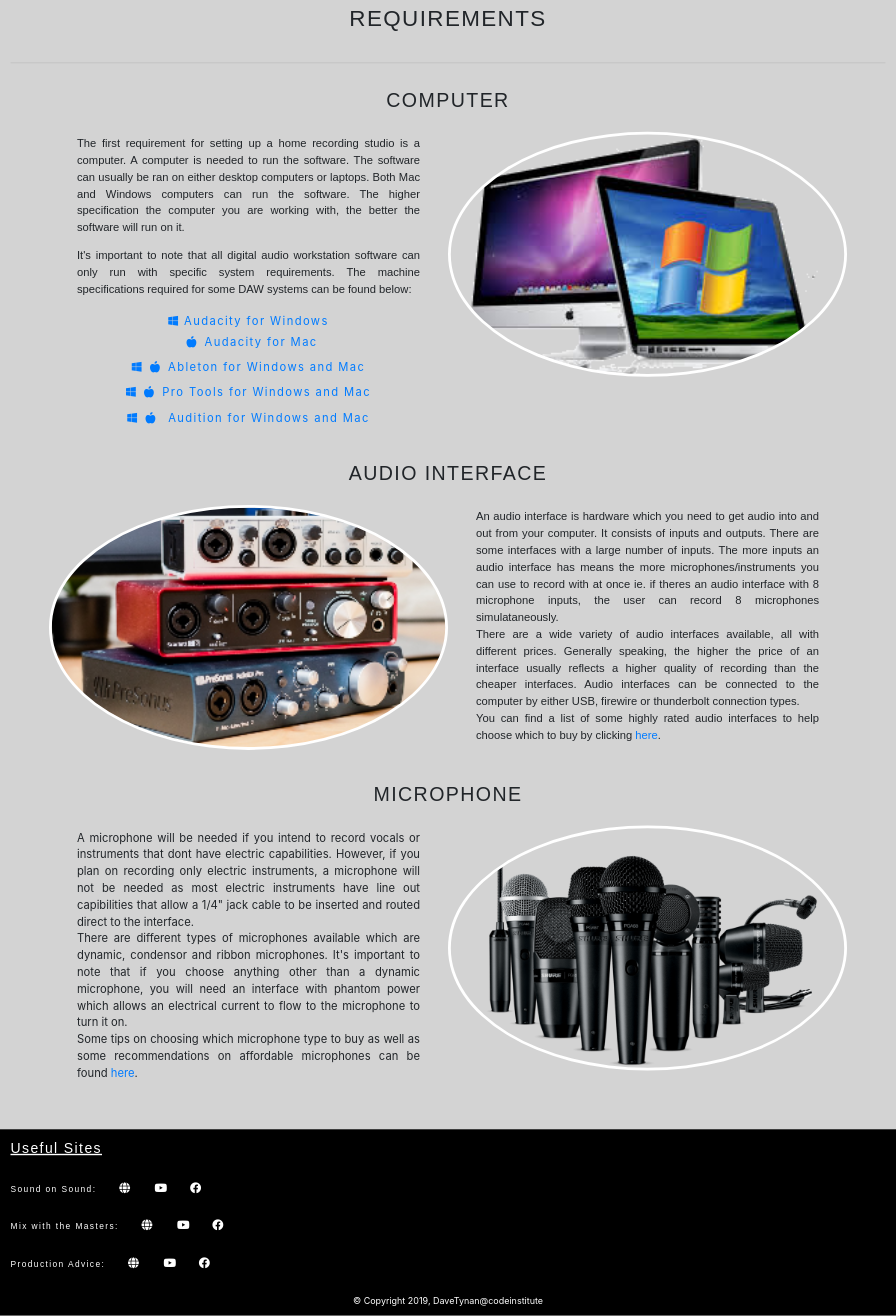
Repository: djjtyn/CIMilestoneProject1
Page: index.html
The author's editor kept a record of every edit. The page is drawn from the files as they stood at one moment, then again after the next edit.
The browser window is 1280 px wide. The pictures show the part of the page from y = 1325 to 3245 px (the page is 3205 px tall before and 3245 px after), at 70% of full size.
Some web libraries are served in a nearby version.

Above is the page before.
Console error (its wording comes from the project's code and is left out).

After the next edit:
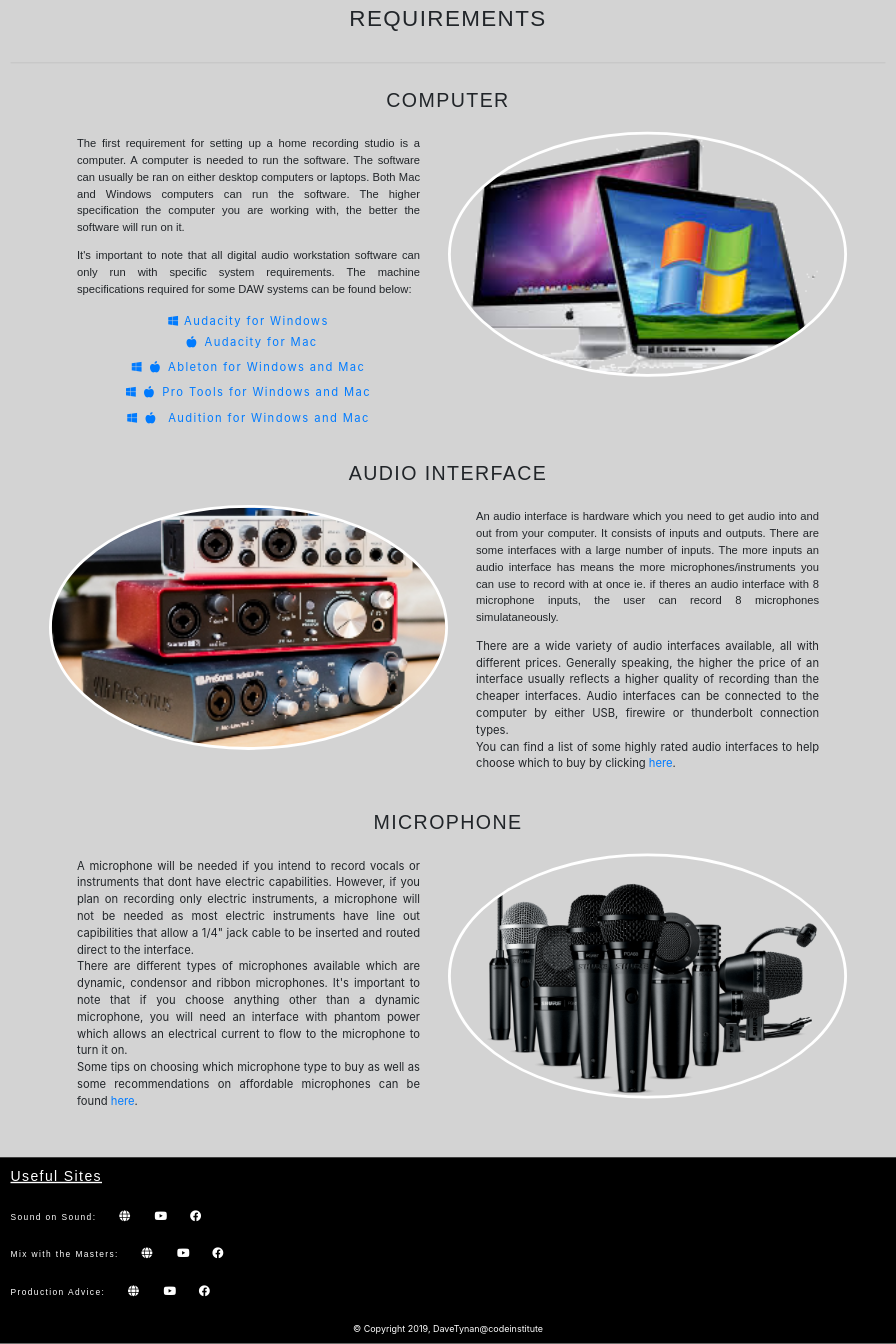
The edit:
--- a/index.html
+++ b/index.html
@@ -106,7 +106,8 @@
         <div class="col-12 col-md-6 interface"></div>
         <div class="col-12 col-md-6 interfacetxt">
           <p>An audio interface is hardware which you need to get audio into and out from your computer. It consists of inputs and outputs. There are some interfaces with a large number of inputs. The more inputs an audio interface has means the more microphones/instruments
-            you can use to record with at once ie. if theres an audio interface with 8 microphone inputs, the user can record 8 microphones simulataneously.<br> There are a wide variety of audio interfaces available, all with different prices. Generally
+            you can use to record with at once ie. if theres an audio interface with 8 microphone inputs, the user can record 8 microphones simulataneously.</p>
+            <p></p>There are a wide variety of audio interfaces available, all with different prices. Generally
             speaking, the higher the price of an interface usually reflects a higher quality of recording than the cheaper interfaces. Audio interfaces can be connected to the computer by either USB, firewire or thunderbolt connection types. <br> You
             can find a list of some highly rated audio interfaces to help choose which to buy by clicking <a href="https://www.sweetwater.com/insync/best-audio-interfaces-for-home-studio/" target="_blank">here</a>. </p>
         </div>
